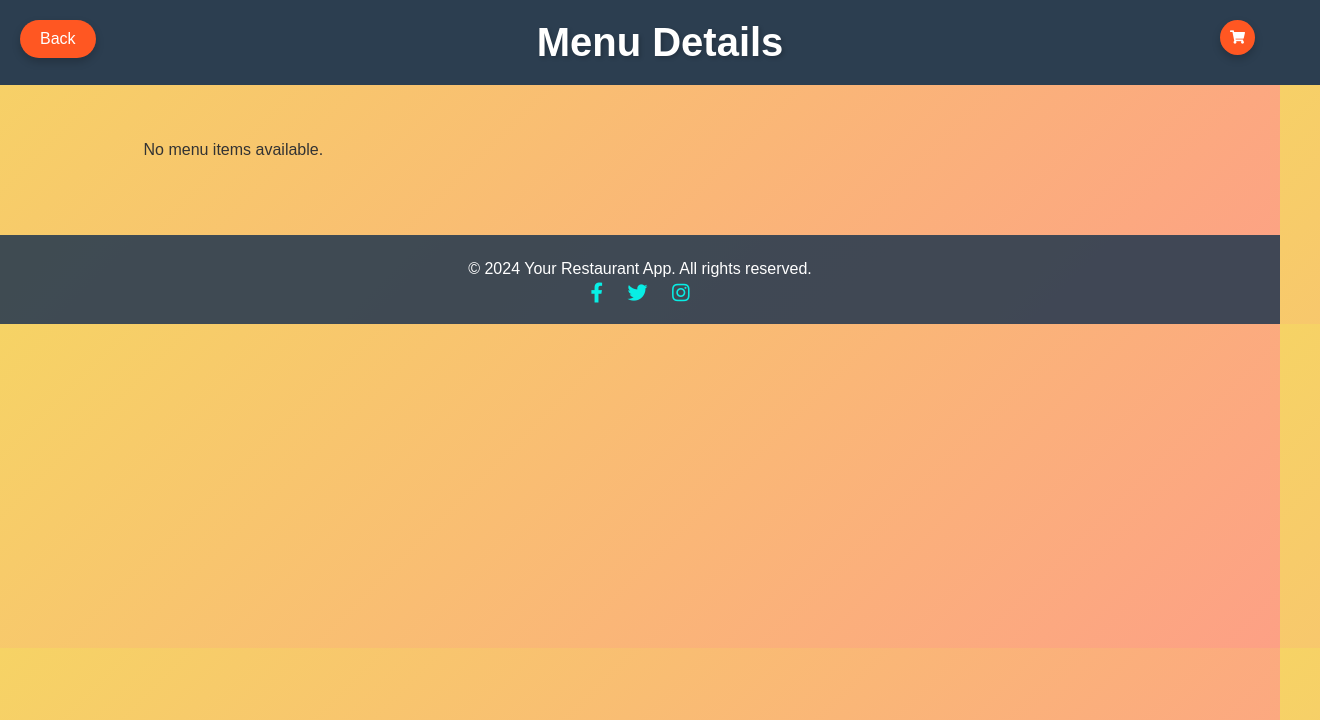
Repository: Masood395/Food-App
Page: http://localhost/FoodApp/getMenu.jsp
An editor plug-in stored every save of this project. The page is shown before and after the next save, followed by the edit.
The browser window is 1280 px wide. The page is 1320 px wide, so the pictures cover 1320 px, including what lies to the right of the window. The pictures show the whole page.
The page is served by Tomcat 9.

Above is the page before, as saved 2024-11-20 17:29:34.

After the next save:
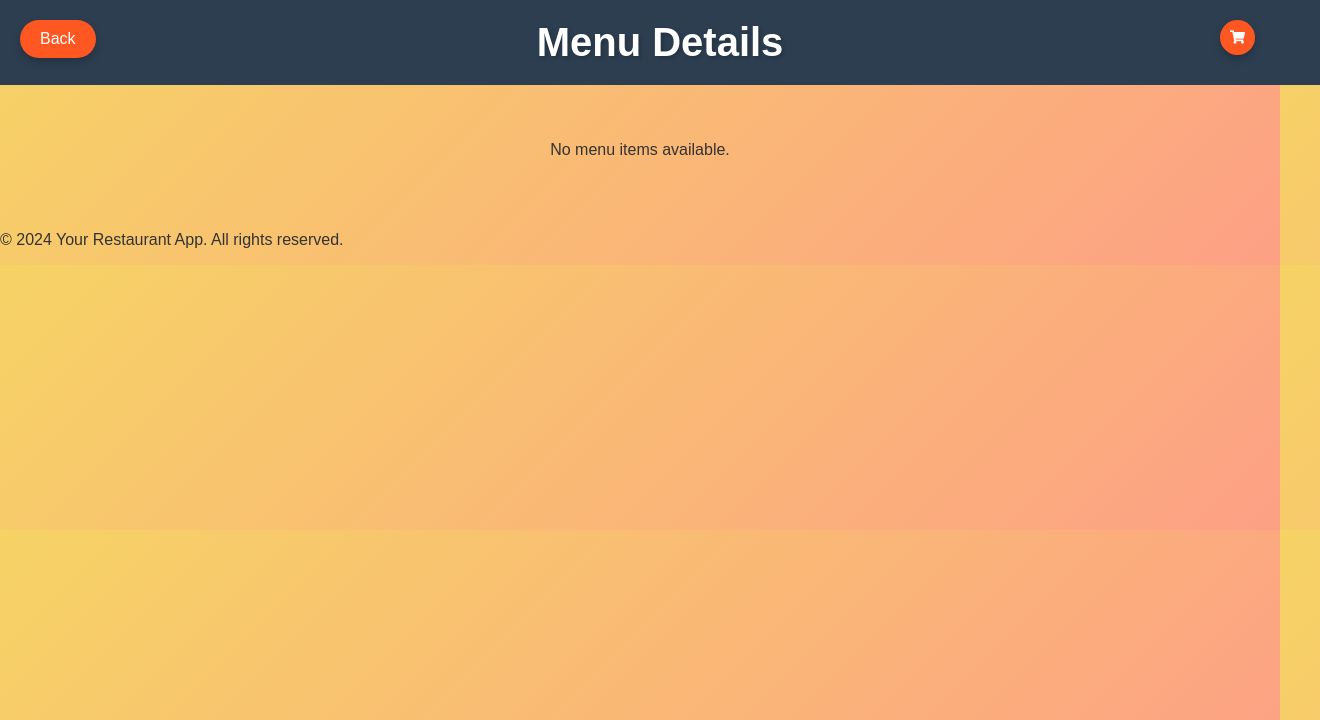
Saved 10 min 11 s later.
--- a/FoodApp/src/main/webapp/getMenu.jsp
+++ b/FoodApp/src/main/webapp/getMenu.jsp
@@ -91,11 +91,11 @@
 
         /* Grid Container for Cards */
         .container {
-            display: grid;
-            grid-template-columns: repeat(auto-fill, minmax(300px, 1fr));
+            display: flex;
+            flex-direction: column;
             gap: 20px;
             padding: 40px;
-            justify-items: center;
+            align-items: center;
         }
 
         /* Card Styling */
@@ -189,106 +189,22 @@
             margin-right: 10px;
             font-size: 1em;
         }
-
-        /* Footer Styling */
-        footer {
-            background: rgba(44, 62, 80, 0.9);
-            padding: 20px;
-            text-align: center;
-            color: #fff;
-            margin-top: 20px;
-        }
-
-        footer p {
-            margin: 5px 0;
-        }
-
-        .social-icons a {
-            margin: 0 10px;
-            color: #08eee5;
-            font-size: 20px;
-            transition: color 0.3s;
-            text-decoration: none;
-        }
-
-        .social-icons a:hover {
-            color: #ff5722;
-        }
-
-        /* Popup Styling */
-        .popup {
-            display: none;
-            position: fixed;
-            top: 90%;
-            left: 50%;
-            transform: translate(-50%, -50%);
-            background: rgba(0, 0, 0, 0.8);
-            color: white;
-            padding: 20px;
-            border-radius: 10px;
-            z-index: 1000;
-            text-align: center;
-        }
-
-        .popup.active {
-            display: block;
-        }
-
-        .popup button {
-            background-color: #FF5722;
-            color: white;
-            border: none;
-            padding: 10px 20px;
-            cursor: pointer;
-            border-radius: 5px;
-            font-size: 1em;
-            margin-top: 15px;
-        }
-
-        .popup button:hover {
-            background-color: #E64A19;
-        }
-
-        /* Responsive Styling */
-        @media (max-width: 768px) {
-            header h1 {
-                font-size: 2em;
-            }
-            .container {
-                padding: 20px;
-            }
-        }
-
-        @media (max-width: 480px) {
-            header h1 {
-                font-size: 1.5em;
-            }
-            .back-button {
-                padding: 6px 12px;
-                font-size: 0.9em;
-            }
-            .cart-icon {
-                padding: 8px;
-                font-size: 0.9em;
-            }
-        }
     </style>
 </head>
 <body>
 
 <header>
     <h1>Menu Details</h1>
-	<button class="back-button" onclick="window.location.href='home.jsp';">Back</button>
+    <button class="back-button" onclick="window.location.href='home.jsp';">Back</button>
     <button class="cart-icon" onclick="window.location.href='cart.jsp';">
-    <i class="fas fa-shopping-cart"></i>
-    <%
-        Integer cartItemCount = (Integer) session.getAttribute("cartItemCount");
-        if (cartItemCount != null && cartItemCount > 0) {
-    %>
-        <span class="item-count"><%= cartItemCount %></span>
-    <% } %>
-</button>
-
+        <i class="fas fa-shopping-cart"></i>
+        <%
+            Integer cartItemCount = (Integer) session.getAttribute("cartItemCount");
+            if (cartItemCount != null && cartItemCount > 0) {
+        %>
+            <span class="item-count"><%= cartItemCount %></span>
+        <% } %>
+    </button>
 </header>
 
 <div class="container">
@@ -302,7 +218,7 @@
             <div class="card-body">
                 <h2><%= mnu.getMenuName() %></h2>
                 <p><strong>Description:</strong> <%= mnu.getDescription() %></p>
-                <p class="price">$<%= mnu.getPrice() %></p>
+                <p class="price">₹<%= Math.round(mnu.getPrice() * 25) %></p>
                 <p class="rating">Rating: <%= mnu.getRating() %> / 5</p>
                 <p class="availability <%= mnu.isAvailable() ? "available" : "not-available" %>">
                     <%= mnu.isAvailable() ? "Available" : "Not Available" %>
@@ -329,27 +245,8 @@
     %>
 </div>
 
-<%-- Check if item was added to cart and show pop-up --%>
-<%
-    Boolean itemAdded = (Boolean) session.getAttribute("itemAdded");
-    if (itemAdded != null && itemAdded) {
-        session.setAttribute("itemAdded", false); // reset the flag after showing pop-up
-%>
-    <div class="popup active">
-        <p>Item added to cart successfully!</p>
-        <button onclick="window.location.href='cart.jsp';">Go to Cart</button>
-    </div>
-<%
-    }
-%>
-
 <footer>
     <p>&copy; 2024 Your Restaurant App. All rights reserved.</p>
-    <div class="social-icons">
-        <a href="#" class="fab fa-facebook-f"></a>
-        <a href="#" class="fab fa-twitter"></a>
-        <a href="#" class="fab fa-instagram"></a>
-    </div>
 </footer>
 
 </body>

After the save that followed:
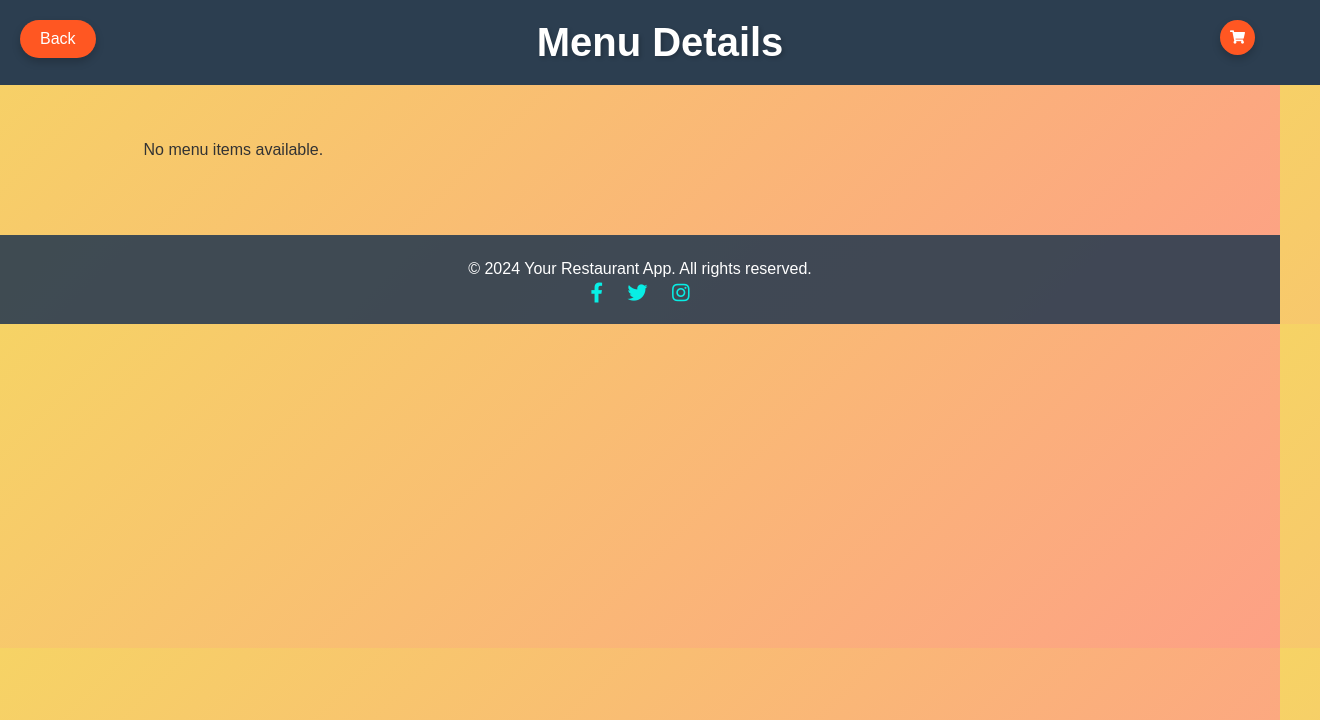
Saved 17 s later.
--- a/FoodApp/src/main/webapp/getMenu.jsp
+++ b/FoodApp/src/main/webapp/getMenu.jsp
@@ -91,11 +91,11 @@
 
         /* Grid Container for Cards */
         .container {
-            display: flex;
-            flex-direction: column;
+            display: grid;
+            grid-template-columns: repeat(auto-fill, minmax(300px, 1fr));
             gap: 20px;
             padding: 40px;
-            align-items: center;
+            justify-items: center;
         }
 
         /* Card Styling */
@@ -189,22 +189,106 @@
             margin-right: 10px;
             font-size: 1em;
         }
+
+        /* Footer Styling */
+        footer {
+            background: rgba(44, 62, 80, 0.9);
+            padding: 20px;
+            text-align: center;
+            color: #fff;
+            margin-top: 20px;
+        }
+
+        footer p {
+            margin: 5px 0;
+        }
+
+        .social-icons a {
+            margin: 0 10px;
+            color: #08eee5;
+            font-size: 20px;
+            transition: color 0.3s;
+            text-decoration: none;
+        }
+
+        .social-icons a:hover {
+            color: #ff5722;
+        }
+
+        /* Popup Styling */
+        .popup {
+            display: none;
+            position: fixed;
+            top: 90%;
+            left: 50%;
+            transform: translate(-50%, -50%);
+            background: rgba(0, 0, 0, 0.8);
+            color: white;
+            padding: 20px;
+            border-radius: 10px;
+            z-index: 1000;
+            text-align: center;
+        }
+
+        .popup.active {
+            display: block;
+        }
+
+        .popup button {
+            background-color: #FF5722;
+            color: white;
+            border: none;
+            padding: 10px 20px;
+            cursor: pointer;
+            border-radius: 5px;
+            font-size: 1em;
+            margin-top: 15px;
+        }
+
+        .popup button:hover {
+            background-color: #E64A19;
+        }
+
+        /* Responsive Styling */
+        @media (max-width: 768px) {
+            header h1 {
+                font-size: 2em;
+            }
+            .container {
+                padding: 20px;
+            }
+        }
+
+        @media (max-width: 480px) {
+            header h1 {
+                font-size: 1.5em;
+            }
+            .back-button {
+                padding: 6px 12px;
+                font-size: 0.9em;
+            }
+            .cart-icon {
+                padding: 8px;
+                font-size: 0.9em;
+            }
+        }
     </style>
 </head>
 <body>
 
 <header>
     <h1>Menu Details</h1>
-    <button class="back-button" onclick="window.location.href='home.jsp';">Back</button>
+	<button class="back-button" onclick="window.location.href='home.jsp';">Back</button>
     <button class="cart-icon" onclick="window.location.href='cart.jsp';">
-        <i class="fas fa-shopping-cart"></i>
-        <%
-            Integer cartItemCount = (Integer) session.getAttribute("cartItemCount");
-            if (cartItemCount != null && cartItemCount > 0) {
-        %>
-            <span class="item-count"><%= cartItemCount %></span>
-        <% } %>
-    </button>
+    <i class="fas fa-shopping-cart"></i>
+    <%
+        Integer cartItemCount = (Integer) session.getAttribute("cartItemCount");
+        if (cartItemCount != null && cartItemCount > 0) {
+    %>
+        <span class="item-count"><%= cartItemCount %></span>
+    <% } %>
+</button>
+
 </header>
 
 <div class="container">
@@ -218,7 +302,7 @@
             <div class="card-body">
                 <h2><%= mnu.getMenuName() %></h2>
                 <p><strong>Description:</strong> <%= mnu.getDescription() %></p>
-                <p class="price">₹<%= Math.round(mnu.getPrice() * 25) %></p>
+                <p class="price">$<%= mnu.getPrice() %></p>
                 <p class="rating">Rating: <%= mnu.getRating() %> / 5</p>
                 <p class="availability <%= mnu.isAvailable() ? "available" : "not-available" %>">
                     <%= mnu.isAvailable() ? "Available" : "Not Available" %>
@@ -245,8 +329,27 @@
     %>
 </div>
 
+<%-- Check if item was added to cart and show pop-up --%>
+<%
+    Boolean itemAdded = (Boolean) session.getAttribute("itemAdded");
+    if (itemAdded != null && itemAdded) {
+        session.setAttribute("itemAdded", false); // reset the flag after showing pop-up
+%>
+    <div class="popup active">
+        <p>Item added to cart successfully!</p>
+        <button onclick="window.location.href='cart.jsp';">Go to Cart</button>
+    </div>
+<%
+    }
+%>
+
 <footer>
     <p>&copy; 2024 Your Restaurant App. All rights reserved.</p>
+    <div class="social-icons">
+        <a href="#" class="fab fa-facebook-f"></a>
+        <a href="#" class="fab fa-twitter"></a>
+        <a href="#" class="fab fa-instagram"></a>
+    </div>
 </footer>
 
 </body>
